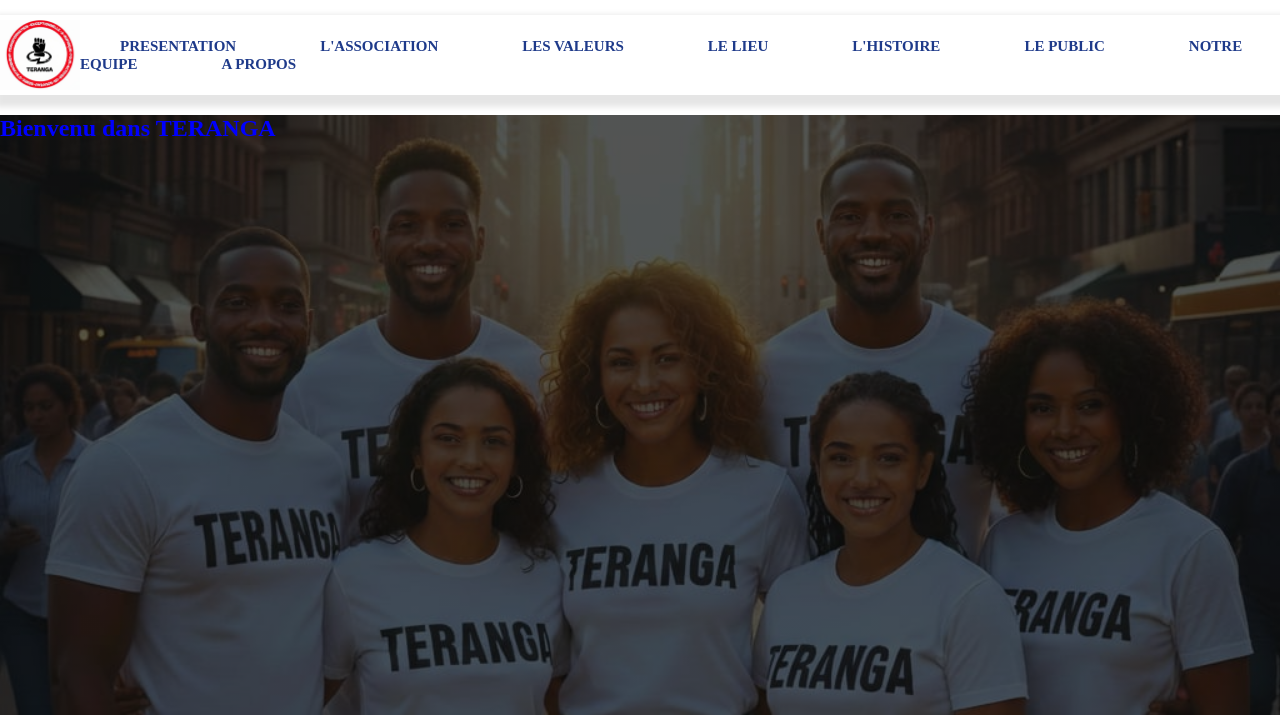
Repository: assanendao171/projet-teranga
Page: presentation.html
An editor plug-in stored every save of this project. The page is shown before and after the next save, followed by the edit.
The browser window is 1280 px wide. The pictures show the whole page.

Above is the page before, as saved 2026-02-11 12:05:54.

### presentation.html
<!DOCTYPE html>
<html lang="en">
<head>
    <meta charset="UTF-8">
    <meta name="viewport" content="width=device-width, initial-scale=1.0">
    <title>Document</title>
    <link rel="stylesheet" href="presentation.css">
</head>
<body>
<!-- l'entete -->
 <header>
        <!-- logo -->
<img src="image/logo.jpeg" alt="" class="logo">
<div class="btn-nav">

    <nav>

<a href="presentation.html" target="_blank">PRESENTATION</a>
<a href="association.html" target="_blank">L'ASSOCIATION</a>
<a href="valeur.html" target="_blank">LES VALEURS</a>
<a href="lieu.html" target="_blank">LE LIEU</a>
<a href="histoire.html" target="_blank">L'HISTOIRE</a>
<a href="public.html" target="_blank">LE PUBLIC</a>
<a href="equipe.html" target="_blank">NOTRE EQUIPE</a>
<a href="propos.html" target="_blank">A PROPOS</a>
    </nav>
</div>
 </header>
 <!-- le hero -->
  <div class="hero">
<div class="texte-accrosse">
    <h2>Bienvenu dans TERANGA</h2>
</div>
  </div>
 <!-- le corps -->
  <main></main>
  <!-- le pieds -->
   <footer></footer>
</body>
</html>

### presentation.css
body{
    margin: 15px 0 5px 0;
}
header{
width: 100%;
height: 80px;
background-color: #FFFFFF;
box-shadow: 2px 6px 6px 6px rgba(0, 0, 0, 0.1);
display: flex;
align-items: center;
justify-content: center;
}
nav a{
    margin: 40px;
    color: #1E3A8A;
    text-decoration: none;
    font-size: 15px;
    font-weight:900;
}
nav a:hover{
    text-decoration: underline;
}
.logo{
    width: 80px;
left: 10px;
}
.hero{
  width:100%;
  height:600px ;
  background-image:
    linear-gradient(rgba(0, 0, 0, 0.6), rgba(0, 0, 0, 0.6)),
    url("image/background.jpeg");
  background-size: cover;
  background-position: top;
  background-repeat: no-repeat;
}
.texte-accrosse{
    color: blue;
}

After the next save:
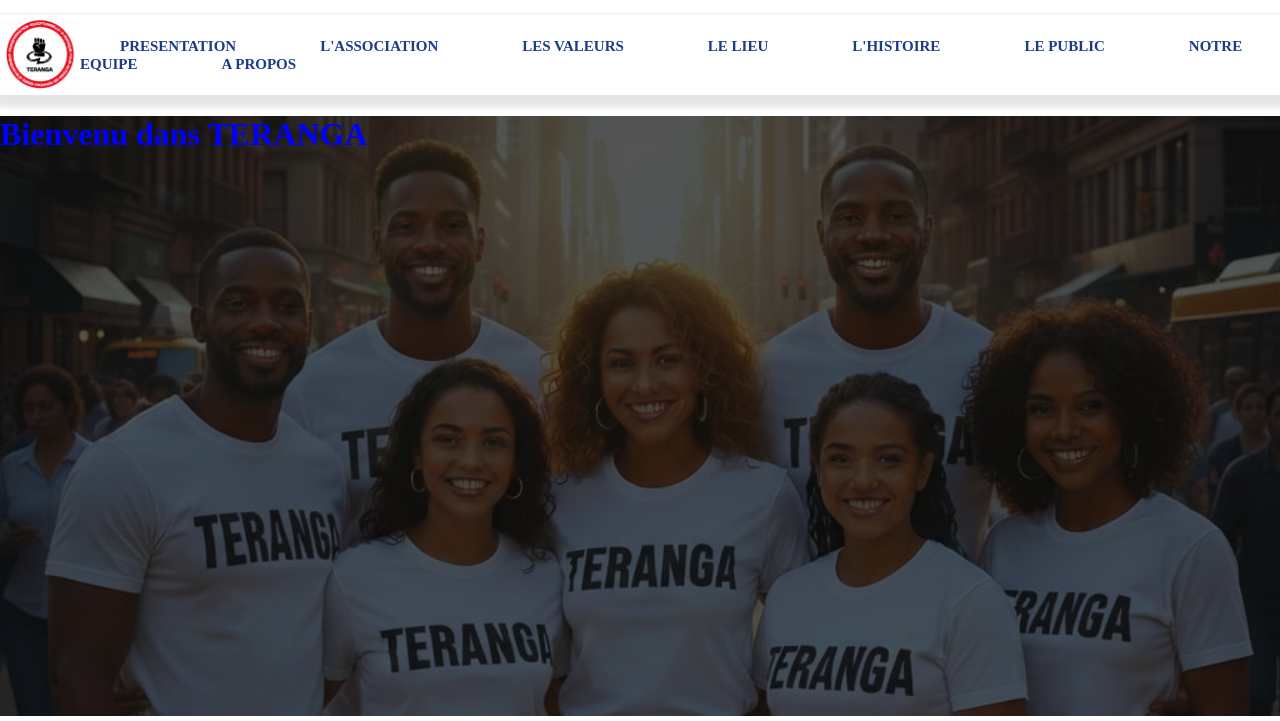
Saved 15 s later.
--- a/presentation.html
+++ b/presentation.html
@@ -29,7 +29,7 @@
  <!-- le hero -->
   <div class="hero">
 <div class="texte-accrosse">
-    <h2>Bienvenu dans TERANGA</h2>
+    <h1>Bienvenu dans TERANGA</h1>
 </div>
   </div>
  <!-- le corps -->
